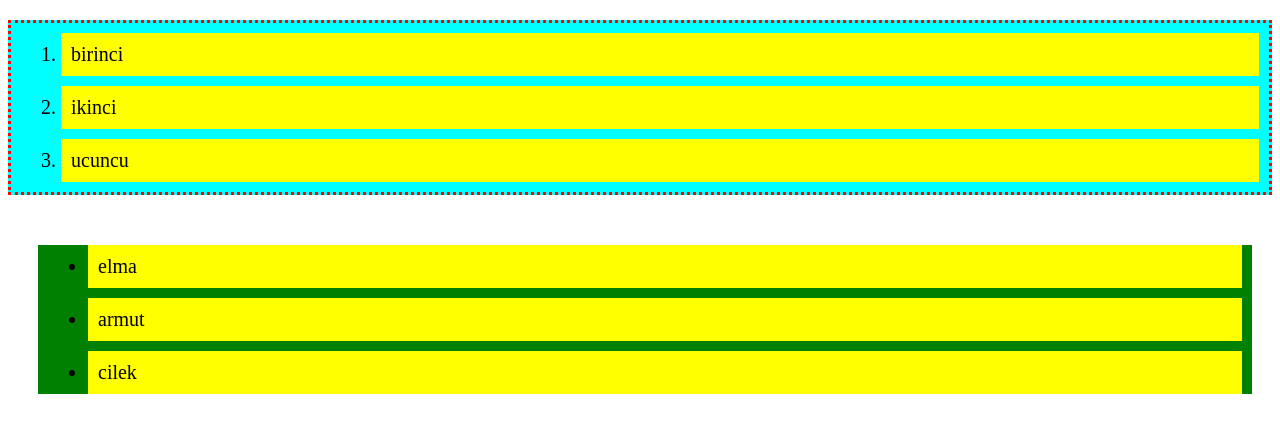
Repository: Kubraaygun/Html_Css_Login
Page: index.html
The author's editor kept a copy of each file at every save. The page is drawn from the files as they stood at one save, then again after the next save.
The browser window is 1280 px wide. The pictures show the whole page.

Above is the page before, as saved 2025-03-04 19:52:30.

After the next save:
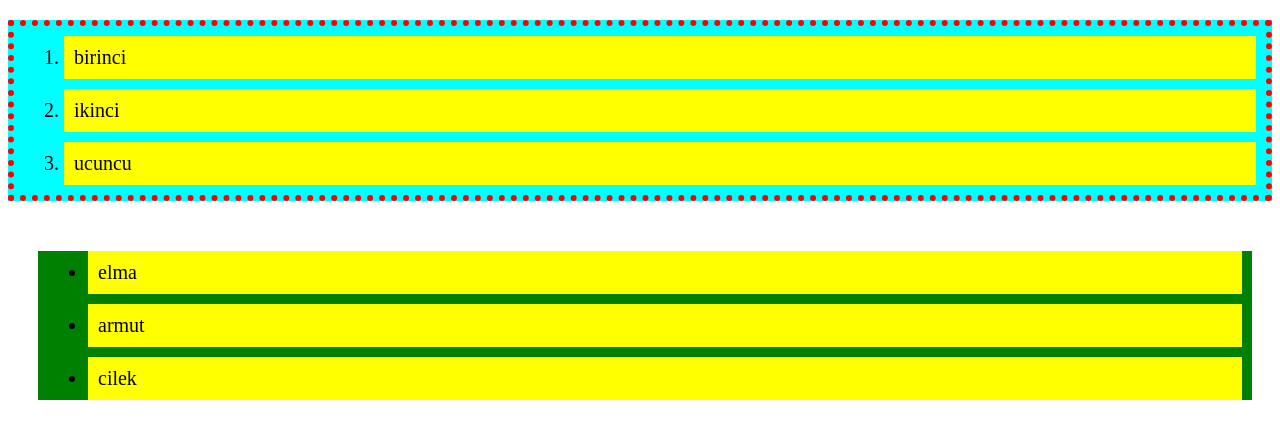
Saved 5 s later.
--- a/style.css
+++ b/style.css
@@ -13,7 +13,7 @@ body {
 
 ol {
   background-color: aqua;
-  border: 3px dotted red;
+  border: 6px dotted red;
 }
 ul {
   background-color: green;
